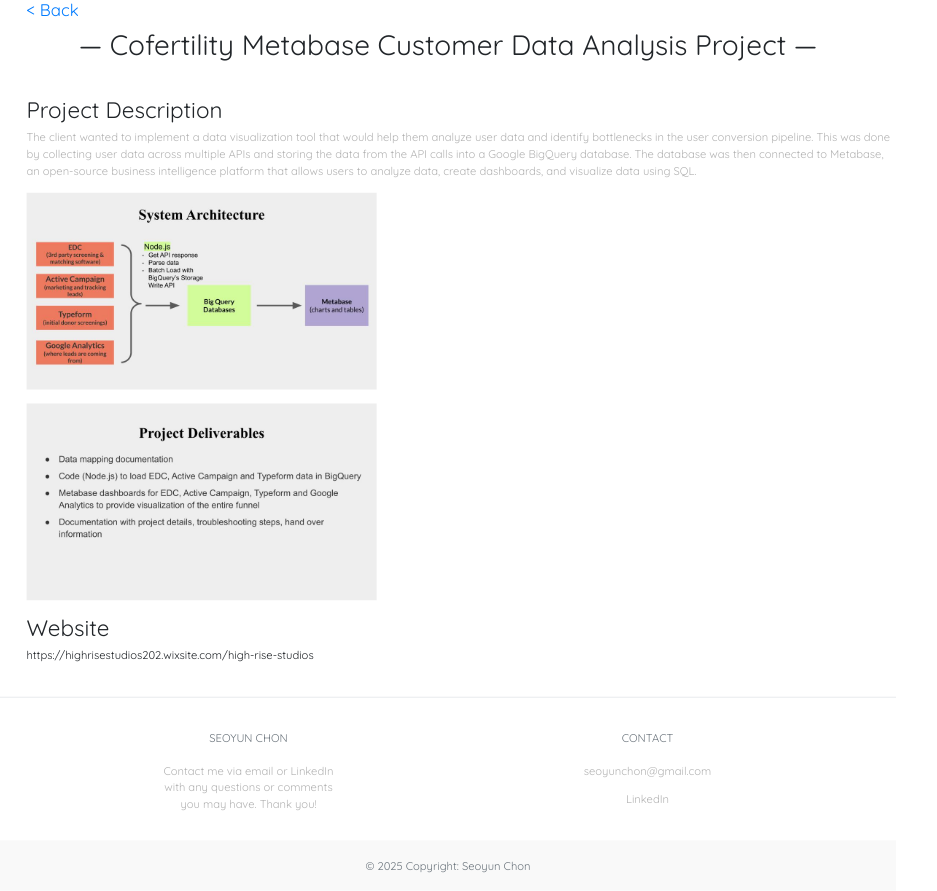
Repository: schon02/seoyun-chon-portfolio
Page: projects_cofertility_page.html
These files come from the project's save history. The page is drawn as it stood at one moment and after the next save; the edit follows.
The browser window is 1280 px wide. The page is 1338 px wide, so the pictures cover 1338 px, including what lies to the right of the window. The pictures show the part of the page from y = 758 to 2598 px (the page is 2031 px tall before and 2598 px after), at 70% of full size.

Above is the page before, as saved 2025-01-31 23:09:40.

After the next save:
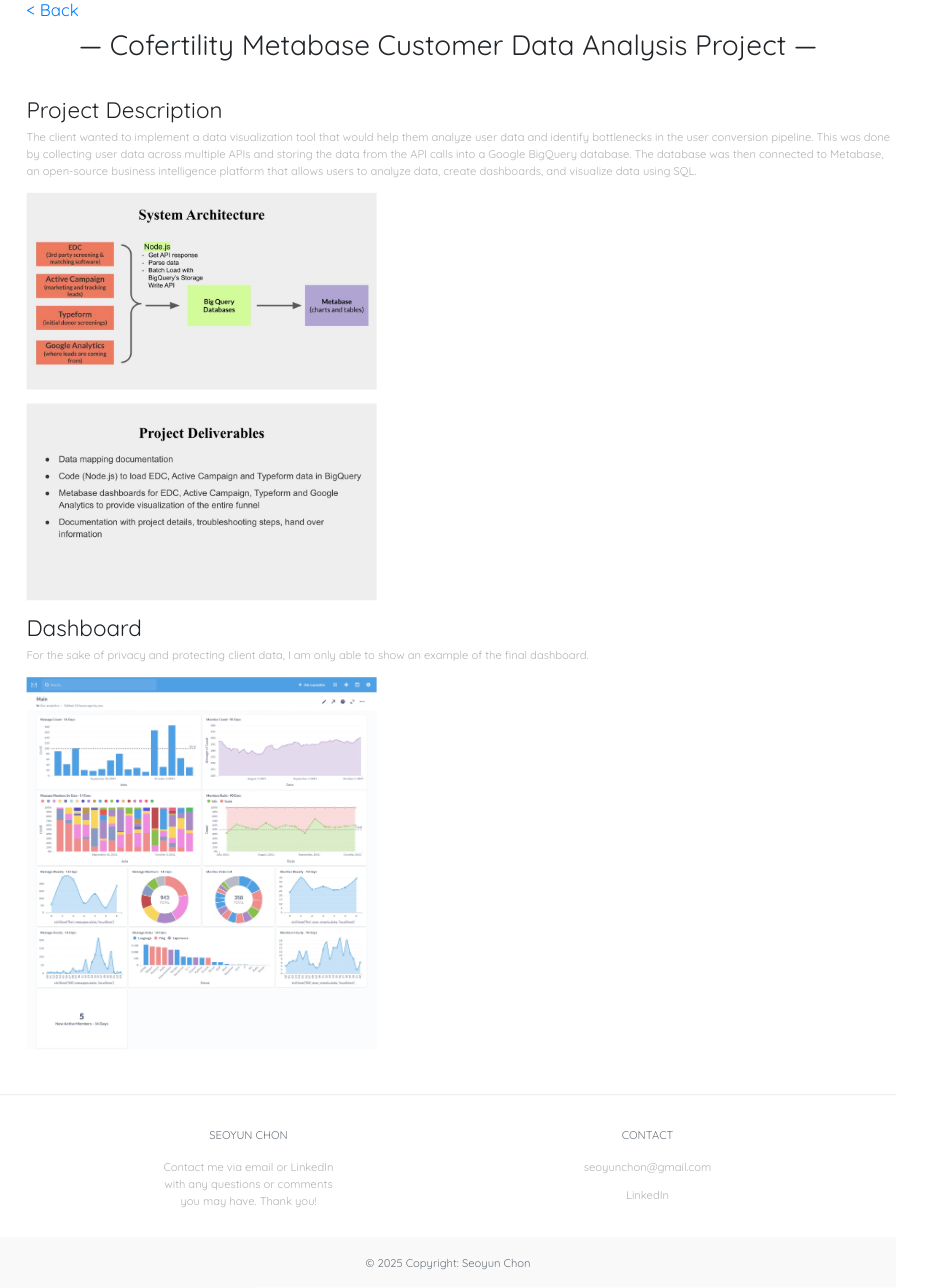
Saved 7 min 59 s later.
--- a/projects_cofertility_page.html
+++ b/projects_cofertility_page.html
@@ -143,8 +143,11 @@
             style="width:500px; padding-top: 0.1cm;"></p>
           <p><img src="images/cofertility_project_deliverables.jpg"
             style="width:500px; padding-top: 0.1cm;"></p>
-          <h2 style="padding-top: 0.1cm;">Website</h2>
-          <a href="https://highrisestudios202.wixsite.com/high-rise-studios" class="text-reset"> https://highrisestudios202.wixsite.com/high-rise-studios </a>
+          <h2 style="padding-top: 0.1cm;">Dashboard</h2>
+          <p>For the sake of privacy and protecting client data, I am only
+            able to show an example of the final dashboard.</p>
+            <p><img src="images/metabase_dashboard_example.png"
+              style="width:500px; padding-top: 0.1cm;"></p>
         </div>
 
 
